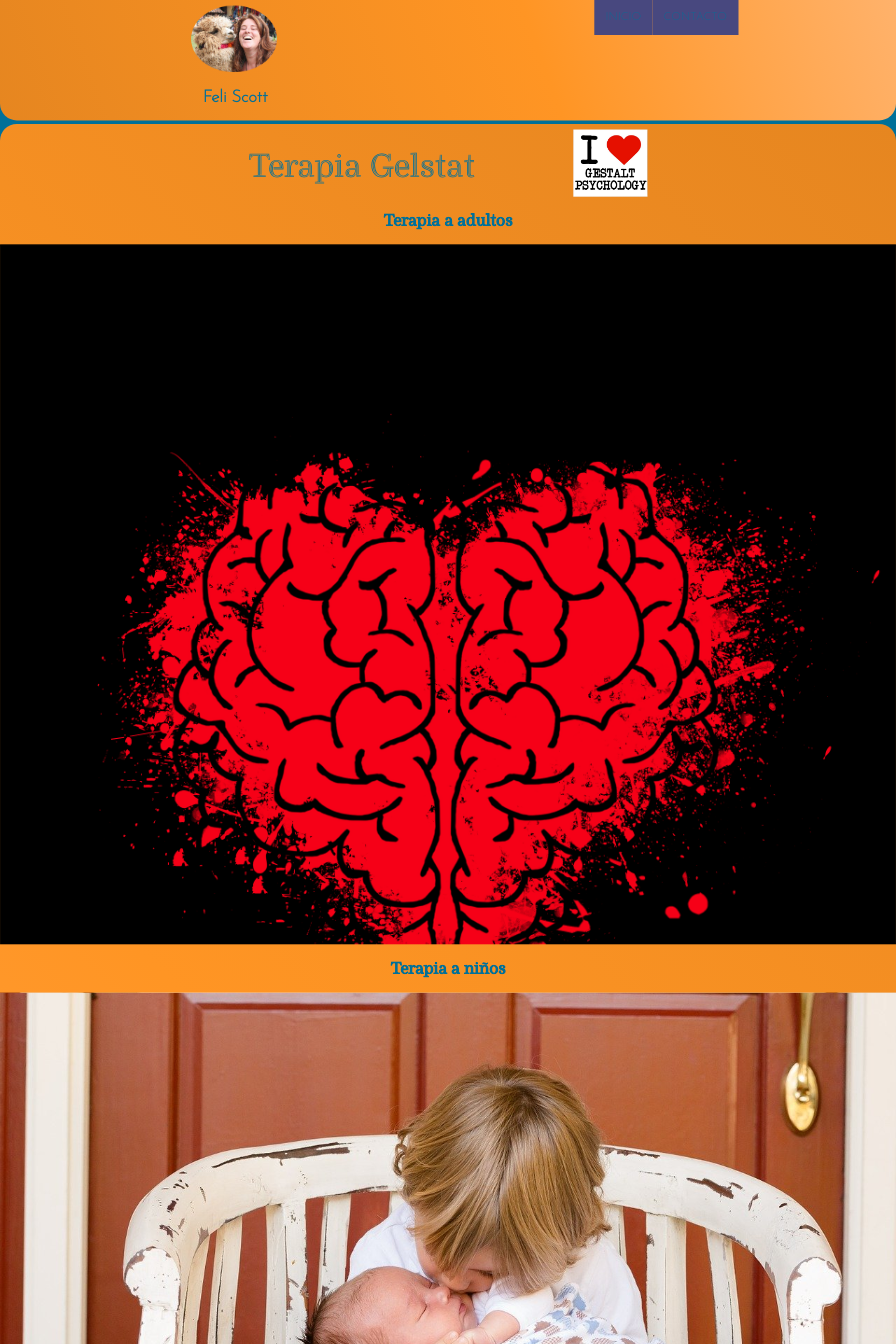
Repository: Jogalso/webPsicologa
Page: /
These files come from the project's save history. The page is drawn as it stood at one moment and after the next save; the edit follows.
The browser window is 1280 px wide. The pictures show the part of the page from y = 0 to 1920 px (the page is 5276 px tall), at 70% of full size.
Backgrounds fixed to the window are drawn as part of the page. The project was rebuilt for these pictures with package versions that can differ from the ones it lists, and the page was loaded fresh each time. Some packages were replaced by stand-ins written for this rebuild. The framework's server and built-in components were replaced by stand-ins that run in the browser.

Above is the page before, as saved 2021-07-14 13:12:40.

### pages/index.js
import React from 'react'
import Layout from '../components/Layout'

import Header from '../components/Header'
import Terapias from '../components/Terapias'
import FormularioContacto from '../components/FormularioContacto'
import Footer from '../components/Footer'

export default function index() {
    return (
        <div>
            <Layout>
                <Header />
                <Terapias />
                <FormularioContacto />
                <Footer />
            </Layout>
        </div>
    )
}

### components/Layout.jsx
('use strict')
import Link from 'next/link';
import Head from 'next/head';
import React from 'react'

function Layout(props) {
    const {children, title} = props;
    return <div>
    <Head >
    <title>Terapia Gestalt: {title}</title>
        <meta name="viewport" content="width=device-width, initial-scale=1"></meta>
    </Head>
    {children}

    <style jsx global>
    {`
        html{
            background: #007099;
        }
    `
    //colores en naranja #FF9524, #FFA13D, #FA9223, #007FAD, #23C1FA
    }
    </style>
    <style jsx global>
        { `
           @import url('https://fonts.googleapis.com/css2?family=Josefin+Sans:wght@200&display=swap');
           body{
               max-width; 100%;
               width: 100%;
               margin: 0px;
               font-family:  'Josefin Sans', sans-serif;
           }
           @font-face {
               font-family: 'RymanEco';
               src: url('/fonts/RymanEco/RymanEco-Regular.otf');
           }
        `}
    </style>
</div>
}

export default Layout

### components/Header.jsx

import Link from 'next/link';
export default function Header() {

    return (
        <div>
            <div className="Header">
                <div className="InfoTerapetua">
                    <img className="InfoTerapetua__img" src="../imagenes/principal.png" />
                    <h2>Feli Scott</h2>
                </div>
                <div className="botones">
                    <Link href="/">
                        <a target="_blank">
                            Inicio
                        </a>
                    </Link>
                    <Link href="/contacto">
                        <a target="_blank">
                            Contacto
                        </a>
                    </Link>
                </div>
            </div>

            <style>
                {`
                    .Header{
                        background: linear-gradient(70deg,#E68620 0, #FF9524 60%, #FFB26B);
                        border-bottom-right-radius: 1.5em;
                        border-bottom-left-radius: 1.5em;
                        margin-bottom: 0.3em;
                        display: flex;
                        justify-content: space-around;
                    }
                    .InfoTerapetua{
                        color: #007099;
                        padding-top: 0.5em;
                        margin-left: 3em;
                        text-align: center;
                    }
                    .InfoTerapetua__img{
                        height: 6em;
                        width: auto;
                    }
                    .botones{

                    }
                    .botones a{
                        color: #007099;
                        background-color: #48487f;
                        display: inline-block;
                        text-transform: uppercase;
                        padding: 0.8em 1em;
                        text-decoration: none;
                        line-height: 1.5em;
                    }
                `}
            </style>
        </div>
    )
}

### components/Terapias.jsx
import React from 'react'

export default function Terapias() {
    return (
        <div>
            <div className="Terapias">
                <div className="Terapia__titulo">
                    <span className="titulo">Terapia Gelstat</span>
                    <p></p>
                    <img className="Terapias__img" src="../imagenes/ILoveGestalt.png"/>
                </div>
                <div className="Terapia_modalidades">
                    <h2>Terapia a adultos</h2>
                    <div className="TerapiaPersonal"></div>

                    <h2>Terapia a niños</h2>
                    <div className="TerapiaNiños"></div>

                    <h2>Terapia a adolescentes</h2>
                    <div className="TerapiaAdolescentes"></div>

                    <h2>Terapia familiar</h2>
                    <div className="TerapiaFamiliar"></div>
                </div>
            </div>

            <style>
                {`
                    .Terapias{
                        background: linear-gradient(45deg, #FFB26B 0, #FF9524 60%, #E68620);
                        border-top-right-radius: 1.5em;
                        border-top-left-radius: 1.5em;
                        text-align: center;
                        font-family: 'RymanEco';
                        color: #007099;
                    }
                    .titulo{
                        padding-top: 0.5em;
                        margin-top: 0px;
                        font-size: 3em;
                    }
                    .Terapias__img{
                        height: 6em;
                        width: auto;
                    }
                    .Terapia_modalidades{
                        width: 100%;
                    }
                    .Terapia__titulo{
                        margin-left: auto;
                        margin-right: auto;
                        padding-top: 0.5em;
                        max-width: 50%;
                        display: flex;
                        justify-content: space-around;
                    }
                    .TerapiaPersonal{
                        min-height: 1000px;
                        background-image: url("../imagenes/heart_1920.png");
                        background-repeat: no-repeat;
                        background-size: cover;
                        background-attachment: fixed;
                        background-position: right center;
                        margin-bottom 2em;
                    }
                    .TerapiaNiños{
                        min-height: 1000px;
                        background-image: url("../imagenes/niños_1280.jpg");
                        background-repeat: no-repeat;
                        background-size: cover;
                        background-attachment: fixed;
                        background-position: right center;
                    }
                    .TerapiaAdolescentes{
                        min-height: 1000px;
                        background-image: url("../imagenes/jovenes_1280.jpg");
                        background-repeat: no-repeat;
                        background-size: cover;
                        background-attachment: fixed;
                        background-position: right center;
                    }
                    .TerapiaFamiliar{
                        min-height: 1000px;
                        background-image: url("../imagenes/familias_1280.jpg");
                        background-repeat: no-repeat;
                        background-size: cover;
                        background-attachment: fixed;
                        background-position: right center;
                    }

                `}
            </style>
        </div>
    )
}

### components/FormularioContacto.jsx
import React from 'react'

import {useField} from '../hooks/useField'

const FormularioContacto = () => {

    //estado del nombre de usuario para login
    const {
        value: valueNombre,
        setValue: setValueNombre,
        errors: errorsNombre, //esta variable debe contener un String para mostrarlo como mensaje de validacion personalizado en los input text agnosticos
        addError: addErrorNombre, //metodo para añadir o concatener nuevos mensajes al String de errorsNombre
      } = useField({ initialValue: ' ' });

    const {
        value: valueEmail,
        setValue: setValueEmail,
        errors: errorsEmail, //esta variable debe contener un String para mostrarlo como mensaje de validacion personalizado en los input text agnosticos
        addError: addErrorEmail, //metodo para añadir o concatener nuevos mensajes al String de errorsNombre
      } = useField({ initialValue: ' ' });

    const {
        value: valueTelefono,
        setValue: setValueTelefono,
        errors: errorsTelefono, //esta variable debe contener un String para mostrarlo como mensaje de validacion personalizado en los input text agnosticos
        addError: addErrorTelefono, //metodo para añadir o concatener nuevos mensajes al String de errorsNombre
      } = useField({ initialValue: ' ' });

    const {
        value: valueMotivo,
        setValue: setValueMotivo,
        errors: errorsMotivo, //esta variable debe contener un String para mostrarlo como mensaje de validacion personalizado en los input text agnosticos
        addError: addErrorMotivo, //metodo para añadir o concatener nuevos mensajes al String de errorsNombre
      } = useField({ initialValue: ' ' });

    //metodo de adicion de errores
    const onFieldError = React.useCallback(
        ({ message, path }) => {
          switch (path[0]) {
            case "nombre":
                addErrorNombre(e.target.value)
                break;
            case "email":
                addErrorEmail(e.target.value)
                break;
             case "telefono":
                addErrorTelefono(e.target.value)
                break;
             case "motivo":
                addErrorMotivo(e.target.value)
                break;
          }
        },
        [addErrorNombre, addErrorEmail, addErrorTelefono, addErrorMotivo]
      );
    //metodo para el manejo del cambio de datos en los campos
    const handleChange = (e) => {
        switch (e.target.name){
           case "nombre":
               setValueNombre(e.target.value)
               break;
           case "email":
               setValueEmail(e.target.value)
               break;
            case "telefono":
                setValuePais(e.target.value)
                break;
            case "motivo":
                setValueMotivo(e.target.value)
                break;
       }
   }

    const onSubmit = (e) => {
        e.preventDefault();
        fetch('/api/send-email', {
          method: 'POST',
          headers: { 'Content-Type': 'application/json' },
          body: JSON.stringify({ nombre: valueNombre, email: valueEmail, telefono: valueTelefono, motivo: valueMotivo })
        });
        alert("Contact email has been sent successfully")
        window.location.href= "/";
    }
    return (

            <React.Fragment>
                <div className="container">
                    <div className="banner" />
                    <div className="formulario">
                        <form
                            className="ContactForm"
                            onSubmit={onSubmit}
                        >
                            <div className="titulo">
                                <span className="Titulo">Contacto</span>
                            </div>
                            <div className="inputs">
                                <div className="contenedorInput">
                                    <span>Nombre</span>
                                    <input
                                        name="nombre"
                                        type="text"
                                        required="true"
                                        title="Tu nombre y apellidos, para saber como dirigirnos a ti"
                                        className="nombre"
                                        onChange={handleChange}
                                    />
                                </div>
                                <div className="contenedorInput">
                                    <span>Correo Electronico</span>
                                    <input
                                        name="email"
                                        type="email"
                                        title="Un correo electronico que se de tu uso habitual"
                                        required="true"
                                        className="email"
                                        onChange={handleChange}
                                    />
                                </div>
                                <div className="contenedorInput">
                                    <span>Telefono</span>
                                    <input
                                        name="nombre"
                                        type="tel"
                                        pattern="[ +][0-9]{3} [0-9]{3} [0-9]{2} [0-9]{2} [0-9]{2}"
                                        title="Un numero de telefono con la posibilidad de +000 de la procedencia, seguido de 9 digitos entre el 0 al 9"
                                        required="true"
                                        className="nombre"
                                        onChange={handleChange}
                                    />
                                </div>
                            </div>
                            <div className="containerMotivo">
                                <span className="spanMotivo">Motivo</span>
                                <textarea
                                    name="motivo"
                                    type="text"
                                    title="Explicar brevemente el motivo de contacto"
                                    className="inputFormMotivo"
                                    onChange={handleChange}
                                />
                                </div>
                            <div className="boton">
                                <button
                                    className="submitForm"
                                >
                                    Enviar
                                </button>
                            </div>
                        </form>
                    </div>
                    <div className="banner" />
                </div>

                <style jsx>
                    {`
                       .container{
                            border-bottom-right-radius: 1.5em;
                            border-bottom-left-radius: 1.5em;
                            display: flex;
                            background: linear-gradient(180deg, #FFB26B 0, #FF9524 60%, #E68620);
                            color: #007099;
                       }
                       .formulario{
                           display: flex;
                           justify-content: center;
                           text-align: center;
                           width: 70%;
                       }
                       .banner{
                         width: 25%;
                        }
                        .inputs{
                            display: flex;
                        }
                        .inputs div {
                            text-align: center;
                            margin: 10px;
                            padding: 20px;
                            font-size: 30px;
                        }
                        .inputs span{
                            font-family: 'RymanEco';
                        }
                        .contenedorInput{
                            display: grid;
                            jusfify-content: center;
                            margin: auto;
                        }
                       .Titulo{
                            font-family: 'RymanEco';
                            padding-top: 1rem;
                            display: flex;
                            justify-content: center;
                            font-size: 3em;
                       }
                       input{
                           padding: 0.8em;
                           text-rendering: optimizeLegibility;
                       }
                       .email{
                           width: 30em;
                       }
                       .containerMotivo{
                           display: grid;
                           max-width: 100%;
                           justify-content: center;
                       }
                       .containerMotivo span{
                            font-size: 30px;
                            font-family: 'RymanEco';
                       }
                       .inputFormMotivo{
                            max-width: 100%;
                            width: 60em;
                            height: 10em;
                            text-rendering: optimizeLegibility;
                            padding: 0.8em;
                            resize: none;
                            border-radius: 4px;
                            border: 2px solid #ccc;
                       }
                       .submitForm{
                            box-sizing: border-box;
                            color: white;
                            cursor: pointer;
                            display: inline-block;
                            border: none;
                            display: block;
                            margin-left: auto;
                            margin-right: auto;
                            margin-bottom: 2em;
                            margin-top: 2em;
                            background-color: #20B1E6;
                            box-shadow: 0 2px 13px 0 rgba(4,116,186,0.5);
                            border-radius: 0 3px 3px 0;
                            flex-shrink: 0;
                            padding: 10px 1rem;
                            height: 50px;
                            margin-bottom: 25px;
                            font-size: 1.2rem;
                       }
                       @media only screen and (max-width: 1600px){
                            .email{
                                width: 20em;
                            }
                        }
                        @media only screen and (max-width: 1400px){
                            .banner{
                                width: 15%;
                            }
                        }
                        @media only screen and (max-width: 1200px){
                            .banner{
                                width: 5%;
                            }
                            .formulario{
                                width: 90%;
                            }
                        }
                        @media only screen and (max-width: 1000px){
                            .banner{
                                width: 0%;
                            }
                            .formulario{
                                width: 100%;
                            }
                        }
                        @media only screen and (max-width: 900px){
                            .formulario{
                                width: 100%;
                                justify-content: center;
                            }
                            .ContactForm{
                                max-width: 100%;
                            }
                            .inputs{
                                flex-direction: column;
                                margin: auto;
                            }
                            .email{
                                width: 100%;
                                max-width: 100%;
                            }
                            .nombre{
                                width: 100%;
                                max-width: 100%;
                            }
                            .containerMotivo{
                                display; flex;
                                flex-direction: column;
                            }
                            .inputFormMotivo{
                                width: 30em;
                                max-width: 90%;
                                margin-left: 2em;
                            }
                        }
                        @media only screen and (max-width: 600px){
                            .inputFormMotivo{
                                width: 20rem;
                            }
                        }
                        @media only screen and (max-width: 420px){
                            .inputs{
                                max-width: 80%;
                            }
                            .inputFormMotivo{
                                width: 15rem;
                                max-width: 80%;
                                margin-left: 1em;s
                            }
                        }
                    `}
                </style>
            </React.Fragment>
    )
}

export default FormularioContacto

### components/Footer.jsx
import Link from 'next/link'

export default function Footer() {
    return (
        <div>
            <div className="Footer">
                <Link href="/terms">
                    <a target="_blank">
                        Terminos
                    </a>
                </Link>
                <Link href="/privacy">
                    <a target="_blank">
                        Politica privacidad
                    </a>
                </Link>
                <Link href="/about">
                    <a target="_blank">
                        About
                    </a>
                </Link>
            </div>

            <style>
                {`
                    .Footer{
                        background: linear-gradient(70deg, #FFB26B 0, #FF9524 60%, #E68620);
                        display: flex;
                        justify-content: space-around;
                        border-top-right-radius: 1.5em;
                        border-top-left-radius: 1.5em;
                        padding-top: 0.5em;
                        margin-top: 0.3em;
                    }
                    .Footer a{
                        border-radius: 2px;
                        color: #007099;
                        background-color: #48487f;
                        display: inline-block;
                        text-transform: uppercase;
                        padding: 0.8em 1em;
                        text-decoration: none;
                        line-height: 1.5em;
                    }
                `}
            </style>
        </div>
    )
}

Loaded but not shown: hooks/useField.js (12 lines, source omitted)

After the next save:
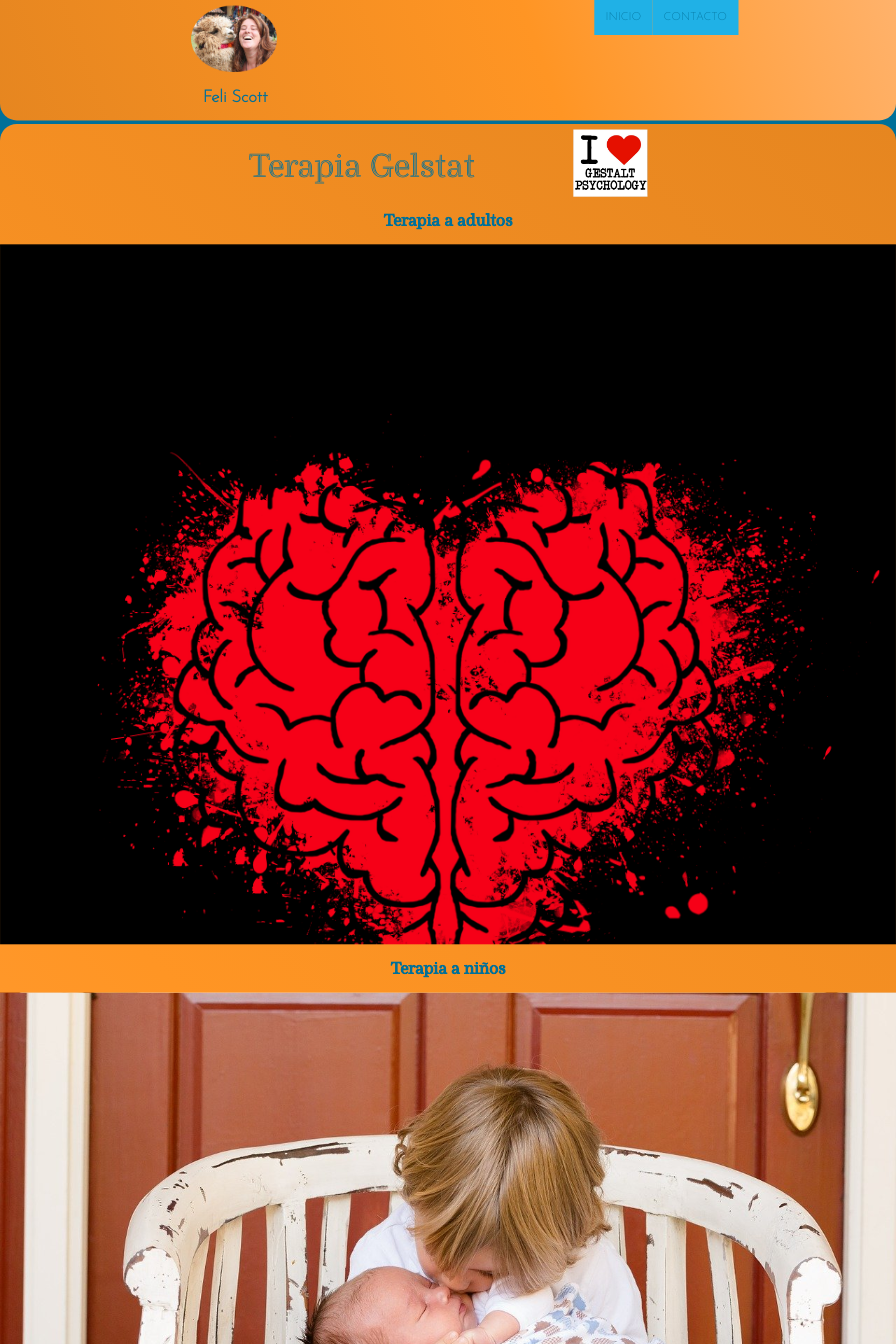
Saved 20 s later.
--- a/components/Header.jsx
+++ b/components/Header.jsx
@@ -48,7 +48,7 @@ export default function Header() {
                     }
                     .botones a{
                         color: #007099;
-                        background-color: #48487f;
+                        background-color: #20B1E6;
                         display: inline-block;
                         text-transform: uppercase;
                         padding: 0.8em 1em;
